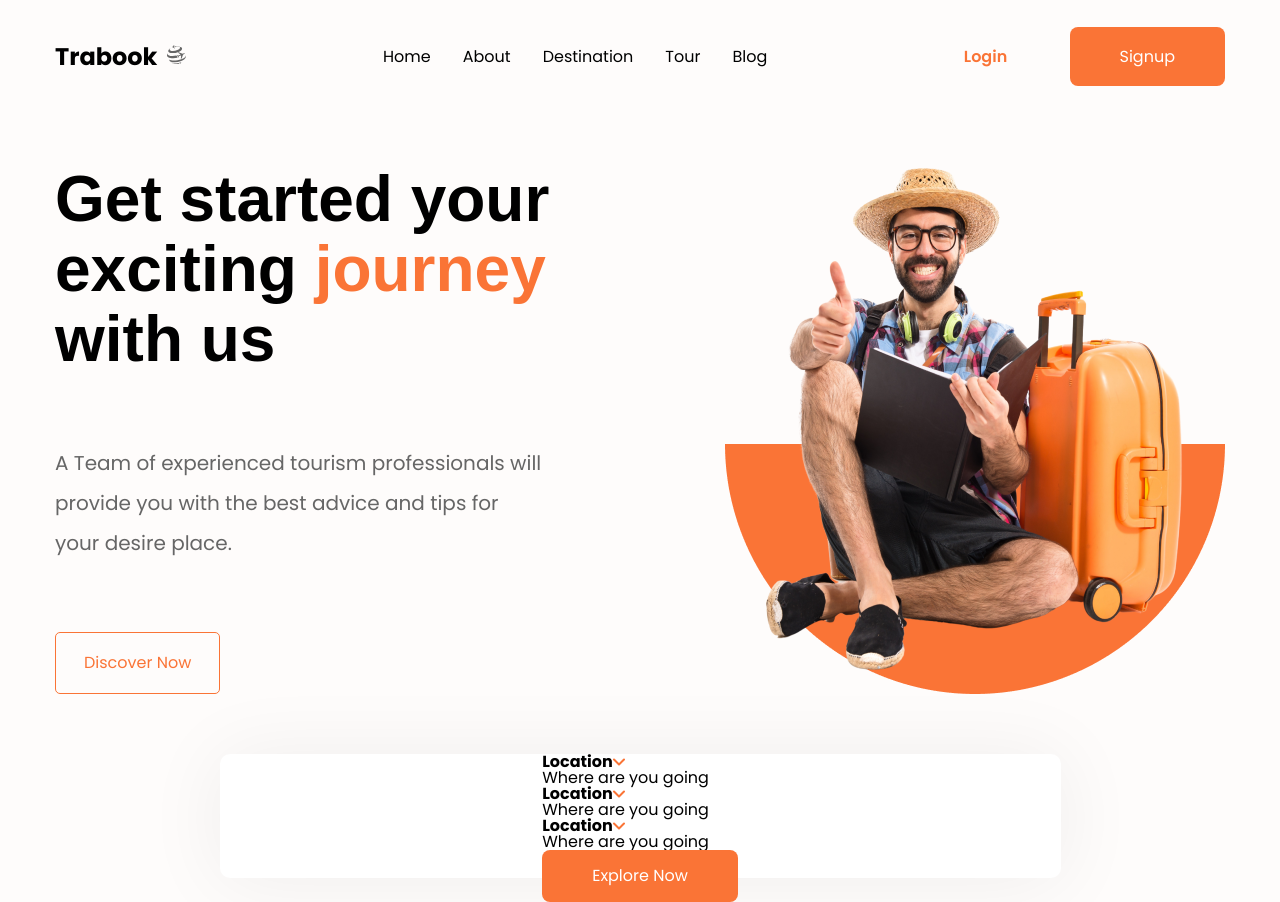
Repository: phobo99/phobo99.github.io
Page: Trabook/index.html
These files come from the project's save history. The page is drawn as it stood at one moment and after the next save; the edit follows.
The browser window is 1280 px wide. The pictures show the whole page.
Some web fonts or font styles are not loaded; a fallback is used. Some web libraries are served in a nearby version. The style sheet was rebuilt from its Sass, Less or Tailwind sources for each picture, by a compiler version that may differ from the author's.

Above is the page before, as saved 2022-06-18 23:19:35.

### Trabook/index.html
<!DOCTYPE html>
<html lang="en">

<head>
    <meta charset="UTF-8">
    <meta http-equiv="X-UA-Compatible" content="IE=edge">
    <meta name="viewport" content="width=device-width, initial-scale=1.0">
    <title>Responsive</title>
    <link
        href="https://fonts.googleapis.com/css2?family=Poppins:wght@300;400;500;600;700&family=Volkhov:wght@400;700&display=swap"
        rel="stylesheet">
    <link rel="stylesheet" href="https://cdnjs.cloudflare.com/ajax/libs/font-awesome/6.1.1/css/all.min.css"
        integrity="sha512-KfkfwYDsLkIlwQp6LFnl8zNdLGxu9YAA1QvwINks4PhcElQSvqcyVLLD9aMhXd13uQjoXtEKNosOWaZqXgel0g=="
        crossorigin="anonymous" referrerpolicy="no-referrer" />

    <link rel="stylesheet" href="reset.css">
    <link rel="stylesheet" href="style.css">
</head>

<body>
    <div class="container-fluid">
        <header class="header container">
            <div class="nav-bar">
                <div class="logo">
                    <span class="text-logo">Trabook</span>
                    <svg width="19" height="19" viewBox="0 0 19 19" fill="none" xmlns="http://www.w3.org/2000/svg">
                        <path
                            d="M1.64111 4.96058C1.79426 4.76583 1.99595 4.50221 2.15747 4.31379C2.6412 3.79446 2.70397 3.72638 3.14417 3.34242C3.27473 3.24108 3.42956 3.11917 3.58103 3.00437C2.46378 3.89896 2.32151 4.88933 3.3467 5.50129C3.34503 5.50129 3.34503 5.50129 3.34503 5.50287C4.77863 6.31987 7.92034 6.14333 10.3992 5.09675C12.8003 4.08342 13.6865 2.63388 12.5015 1.77254C11.4612 1.58808 10.221 1.56671 8.90871 1.73296L8.7723 1.52L8.88528 1.16692C9.6569 1.10121 10.39 1.11704 11.0227 1.21917C11.1759 1.24371 11.3776 1.28567 11.5282 1.31575C11.8194 1.38304 11.9776 1.42342 12.1676 1.48121C12.3617 1.53583 12.5274 1.59046 12.8162 1.69179C13.099 1.79708 13.2212 1.84458 13.448 1.95146C13.702 2.06108 13.9488 2.18506 14.187 2.32275C16.0751 3.44612 14.9009 5.49575 11.5692 6.90017C8.24673 8.29983 4.01287 8.51992 2.11563 7.41C2.11479 7.40842 2.11228 7.40683 2.10726 7.40525H2.11061C1.07453 6.78458 0.965735 5.88367 1.64111 4.96058ZM10.2854 12.8139L10.2586 11.552L9.31042 10.5545C6.17792 11.2258 3.09898 11.0817 1.38669 10.1278C1.38084 10.1215 1.36661 10.1151 1.36075 10.1088C0.391624 9.54433 0.152272 8.816 0.225082 8.02433C-0.00171646 9.18254 -0.0201282 9.60054 0.0125108 10.5917C0.0526817 11.2124 0.431795 11.7847 1.19421 12.236L1.20007 12.2423C3.02533 13.3158 6.82819 13.5486 10.2854 12.8139ZM14.2397 14.2587C9.81842 15.9362 4.28486 16.0352 1.8813 14.4827C2.14087 15.0828 2.49406 15.6427 2.92909 16.1437C5.13515 17.5687 10.2143 17.4776 14.2707 15.9378C16.645 15.0377 18.143 13.8399 18.5364 12.7173L18.6468 12.3793C18.9088 11.5227 18.9582 10.8094 19 10.1745C18.9523 11.5528 17.2358 13.1203 14.2397 14.2587ZM4.47986 17.4895C4.61878 17.6146 5.05564 18.122 7.26923 18.6825C7.86761 18.8076 9.37402 19.209 12.1567 18.6255L12.1734 18.3857L11.9533 18.0595C9.37151 18.6374 6.50347 18.4442 4.47986 17.4895ZM10.8687 7.50737L13.2196 9.19283C13.2196 9.19283 13.7225 9.53563 13.248 9.77629C12.7752 10.0146 11.5608 10.598 11.5608 10.598L10.3616 10.1745L9.75983 10.4278L10.821 11.2995L10.8294 12.6556L11.4529 12.3935L11.8663 11.248C11.8663 11.248 13.1359 10.7857 13.6397 10.6115C14.146 10.4413 14.0782 11.024 14.0782 11.024L13.8288 13.8035L14.6573 13.4552L16.0215 9.70504C16.0215 9.70504 16.7446 9.37254 17.2534 9.08042C17.7614 8.78829 17.9355 8.30379 17.9355 8.30379C17.9355 8.30379 17.44 8.10192 16.8693 8.26421C16.2985 8.42492 15.5545 8.7115 15.5545 8.7115L11.6947 7.16062L10.8687 7.50737ZM5.89505 2.17471L7.49101 3.37725L7.92703 3.3155L7.05833 2.23646C7.05833 2.23646 6.8692 2.01321 7.12361 1.96017C7.3797 1.90633 8.02746 1.78125 8.02746 1.78125L8.51453 2.14937L8.8426 2.10346L8.47101 1.54454L8.66685 0.924667L8.34966 0.968208L7.9739 1.44004C7.9739 1.44004 7.31443 1.49862 7.05499 1.51921C6.79388 1.53821 6.90602 1.273 6.90602 1.273L7.40648 0L6.96795 0.0609583L5.81303 1.65142C5.81303 1.65142 5.42806 1.71792 5.14938 1.79313C4.86985 1.86754 4.72256 2.07179 4.72256 2.07179C4.72256 2.07179 4.9276 2.22854 5.21633 2.223C5.50757 2.21746 5.89505 2.17471 5.89505 2.17471ZM13.7828 17.6265L12.7501 17.1158L12.5124 17.1942L13.1242 17.712C13.1242 17.712 13.2547 17.8172 13.1175 17.8735C12.9802 17.9289 12.6304 18.065 12.6304 18.065L12.3417 17.9431L12.1701 18.0017L12.4103 18.244L12.3868 18.5978L12.5659 18.5392L12.6998 18.2519C12.6998 18.2519 13.0631 18.1497 13.2078 18.1133C13.3518 18.0761 13.3192 18.236 13.3192 18.236L13.1827 19L13.4213 18.9216L13.8891 17.9115C13.8891 17.9115 14.0958 17.8347 14.2439 17.7642C14.3921 17.6937 14.4506 17.5639 14.4506 17.5639C14.4506 17.5639 14.3192 17.4958 14.1569 17.5299C13.9937 17.5623 13.7828 17.6265 13.7828 17.6265Z"
                            fill="#666666" />
                    </svg>
                </div>
                <div class="menu-list">
                    <ul class="menu">
                        <li>Home</li>
                        <li>About</li>
                        <li>Destination</li>
                        <li>Tour</li>
                        <li>Blog</li>
                    </ul>
                </div>
                <div class="nav-login">
                    <span class="login">Login</span>
                    <span class="sign-up button-primary">Signup</span>
                </div>
            </div>
            <div class="content">
                <div class="content-left">
                    <h1 class="header-content">Get started your exciting <span class="text-org">journey</span> with us
                    </h1>
                    <span class="desc-content">A Team of experienced tourism professionals will provide you with the
                        best advice and tips for
                        your desire place. </span>
                    <div class="content-button">
                        Discover Now
                    </div>
                </div>
                <div class="content-right">
                    <img src="./img/people-01.png" alt="" class="img-people">
                </div>
            </div>
            <div class="search-bar">
                <div class="list-search">
                    <div class="item-search">
                        <div class="title-item">
                            <p>Location</p>
                            <svg width="12" height="8" viewBox="0 0 12 8" fill="none"
                                xmlns="http://www.w3.org/2000/svg">
                                <path d="M1 1.5L6 6.5L11 1.5" stroke="#FA7436" stroke-width="2" stroke-linecap="round"
                                    stroke-linejoin="round" />
                            </svg>
                        </div>
                        <div class="desc-item">
                            Where are you going
                        </div>
                    </div>
                    <div class="item-search">
                        <div class="title-item">
                            <p>Location</p>
                            <svg width="12" height="8" viewBox="0 0 12 8" fill="none"
                                xmlns="http://www.w3.org/2000/svg">
                                <path d="M1 1.5L6 6.5L11 1.5" stroke="#FA7436" stroke-width="2" stroke-linecap="round"
                                    stroke-linejoin="round" />
                            </svg>
                        </div>
                        <div class="desc-item">
                            Where are you going
                        </div>
                    </div>
                    <div class="item-search">
                        <div class="title-item">
                            <p>Location</p>
                            <svg width="12" height="8" viewBox="0 0 12 8" fill="none"
                                xmlns="http://www.w3.org/2000/svg">
                                <path d="M1 1.5L6 6.5L11 1.5" stroke="#FA7436" stroke-width="2" stroke-linecap="round"
                                    stroke-linejoin="round" />
                            </svg>
                        </div>
                        <div class="desc-item">
                            Where are you going
                        </div>
                    </div>
                    <div class="button-primary">
                        Explore Now
                    </div>
                </div>
            </div>
        </header>
    </div>
</body>

</html>

### Trabook/style.scss
$bg-color: #fefcfb;
$bg-second: #f7f8fc;
$primary-color: #fa7436;
$header-color: #222;
$gray-color: #666666;

@mixin size($width, $height: $width) {
  width: $width;
  height: $height;
}
@mixin flexbox(
  $align: flex-start,
  $justify: flex-start,
  $flex-direction: row,
  $wrap: nowrap
) {
  display: flex;
  align-items: $align;
  justify-content: $justify;
  flex-direction: $flex-direction;
  flex-wrap: $wrap;
}
html {
  font-size: 62.5%;
}
* {
  box-sizing: border-box;
}
body {
  font-size: 1.6rem;
  font-family: "Poppins", sans-serif;
  font-weight: normal;
  background-color: #fefcfb;
}

a {
  text-decoration: none;
}

img {
  display: block;
  max-width: 100%;
}
h1 {
  font-family: "Volkhov", sans-serif;
  font-weight: 700;
  font-size: 64px;
  line-height: 70px;
}
.container-fluid {
  .container {
    max-width: 1170px;
    margin: 0 auto;
  }
  .text-org {
    color: $primary-color;
  }
  .desc-content {
    color: $gray-color;
    line-height: 2;
    font-size: 20px;
  }
  .button-primary {
    padding: 18px 50px;
    background-color: $primary-color;
    color: white;
    border-radius: 8px;
    cursor: pointer;
    &:hover {
      opacity: 0.8;
      transition: all 0.2s linear;
    }
  }
  .header {
    .nav-bar {
      display: flex;
      @include size(100%, 114px);
      align-items: center;
      justify-content: space-between;
      .logo {
        display: flex;
        cursor: pointer;
        .text-logo {
          font-size: 24px;
          font-weight: bold;
          margin-right: 10px;
        }
      }
      .menu-list {
        .menu {
          @include flexbox(stretch, space-between);
          gap: 32px;
          li {
            cursor: pointer;
          }
        }
      }
      .nav-login {
        .login {
          font-size: 16px;
          font-weight: 600;
          color: $primary-color;
          cursor: pointer;
          margin-right: 58px;
        }
      }
    }
    .content {
      @include size(100%, 530px);
      @include flexbox(stretch, space-between);
      margin-top: 50px;
      .content-left {
        @include flexbox(stretch, space-between, column);
        @include size(490px, auto);
        .header-content {
          width: 521px;
        }
        .content-button {
          width: fit-content;
          padding: 22px 28px;
          border: 1px solid $primary-color;
          border-radius: 5px;
          color: $primary-color;
        }
      }
      .content-right {
      }
    }
    .search-bar {
      background-color: white;
      width: 841px;
      height: 124px;
      margin: 0 auto;
      margin-top: 6rem;
      box-shadow: 0px 2px 80px 2px rgba(0, 0, 0, 0.06);
      border-radius: 10px;
      .list-search {
        width: 100%;
        height: 100px;
        display: grid;
        align-items: center;
        justify-content: space-around;

        .item-search {
          display: flex;
          flex-direction: column;
          .title-item {
            width: fit-content;
            display: flex;
            justify-content: center;
            align-items: center;
            font-weight: bold;
          }
          .desc-item {
          }
        }
      }
    }
  }
}
@media screen and (min-width: 768px) {
}
@media screen and (max-width: 767px) {
}

Loaded but not shown: Trabook/reset.css (common file)

After the next save:
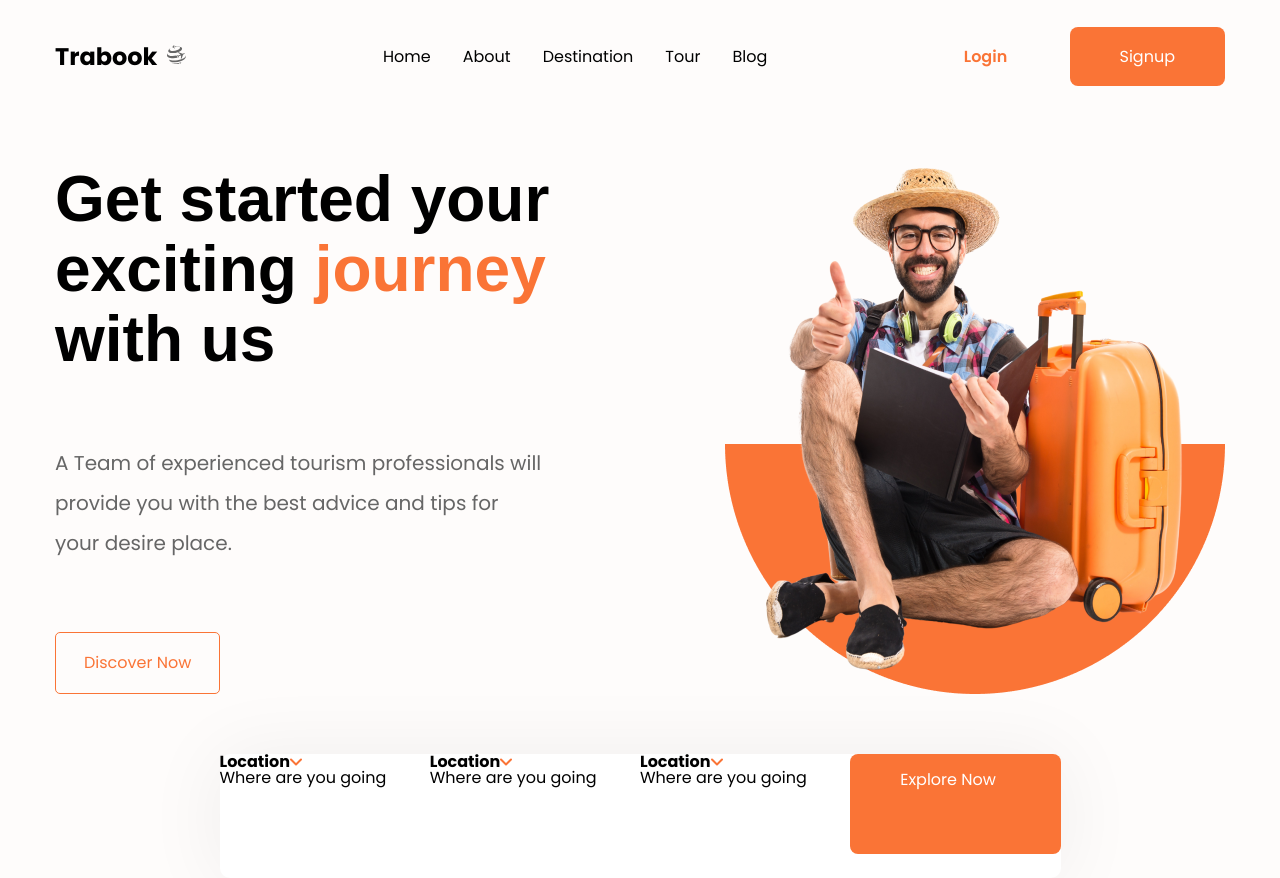
Saved 14 s later.
--- a/Trabook/style.scss
+++ b/Trabook/style.scss
@@ -138,8 +138,7 @@ h1 {
         width: 100%;
         height: 100px;
         display: grid;
-        align-items: center;
-        justify-content: space-around;
+        grid-template-columns: 1fr 1fr 1fr 1fr;
 
         .item-search {
           display: flex;
